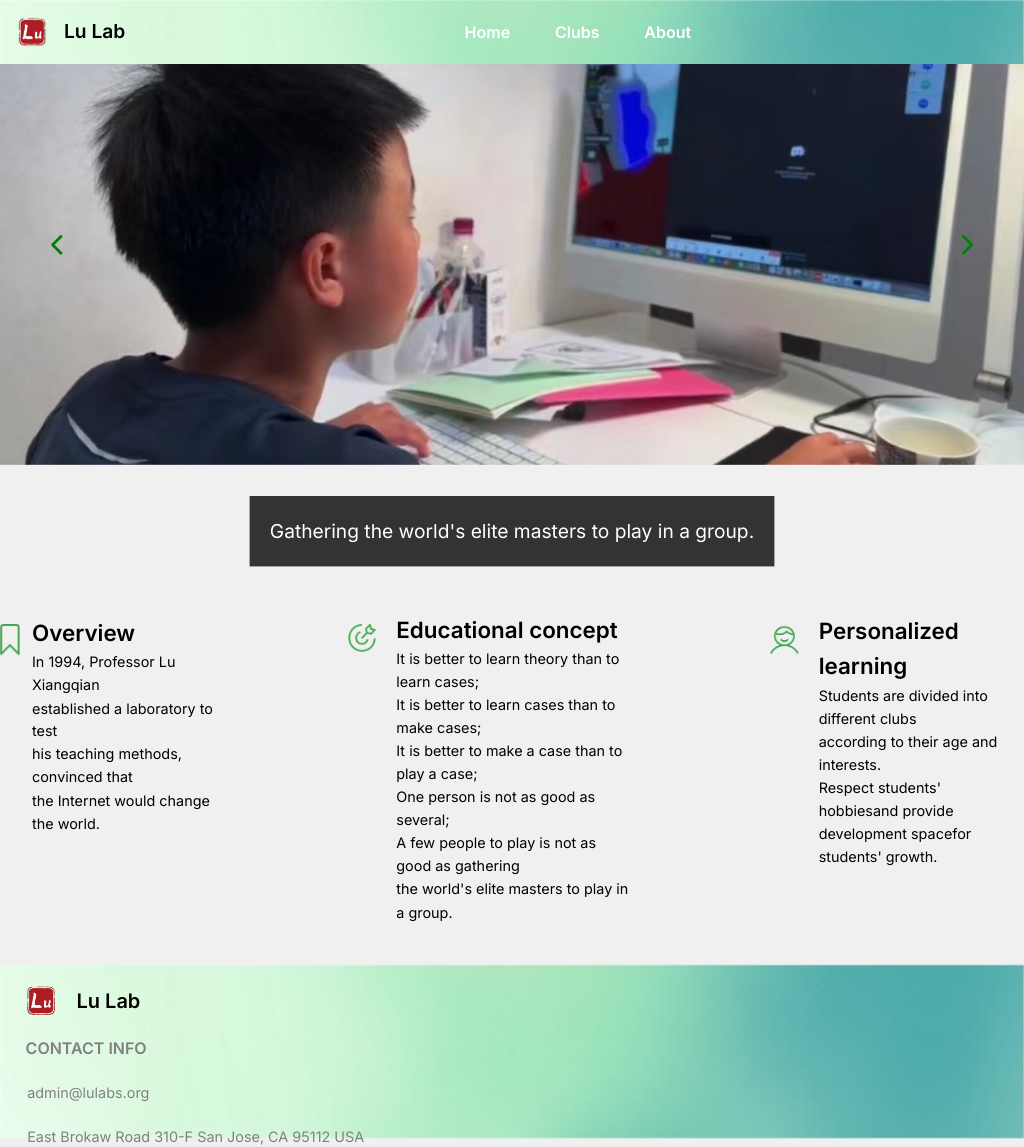
Repository: proflulab/lulab_website_next_js
Page: /
An editor plug-in stored every save of this project. The page is shown before and after the next save, followed by the edit.
The browser window is 1280 px wide. The pictures show the whole page, at 80% of full size.
The project was rebuilt for these pictures with package versions that can differ from the ones it lists, and the page was loaded fresh each time. The framework's server and built-in components were replaced by stand-ins that run in the browser. Also part of the build but not shown: next.config.js, next.config.mjs.

Above is the page before, as saved 2023-12-27 21:26:03.

### app/layout.tsx
import type { Metadata } from "next";
import { Inter } from "next/font/google";
import "./globals.css";

const inter = Inter({ subsets: ["latin"] });

export const metadata: Metadata = {
  title: "Lu Lab",
  description: "Lu Lab",
};

export default function RootLayout({
  children,
}: {
  children: React.ReactNode;
}) {
  return (
    <html lang="en">
      <body className={inter.className}>{children}</body>
    </html>
  );
}

### app/page.tsx
"use client";
import "./globals.css"; // 引入全局 CSS 文件

import React, { useState, useEffect, useRef } from "react";
import { FontAwesomeIcon } from "@fortawesome/react-fontawesome";
import {
  faChevronLeft,
  faChevronRight,
} from "@fortawesome/free-solid-svg-icons";
import Image from "next/image";

import Navbar from "./title/page";
import End from "./title/end";

// export default Navbar;

const Home: React.FC = () => {
  const [images, setImages] = useState<string[]>([]);
  const [currentImageIndex, setCurrentImageIndex] = useState<number>(0);

  useEffect(() => {
    const imageUrls = ["image3.jpg", "xueyuan.jpg", "image1.jpg"];
    setImages(imageUrls);
  }, []);

  useEffect(() => {
    const interval = setInterval(() => {
      setCurrentImageIndex((prevIndex) =>
        prevIndex === images.length - 1 ? 0 : prevIndex + 1
      );
    }, 5000);

    return () => clearInterval(interval);
  }, [images]);

  const showNextImage = () => {
    setCurrentImageIndex((prevIndex) =>
      prevIndex === images.length - 1 ? 0 : prevIndex + 1
    );
  };

  const showPreviousImage = () => {
    setCurrentImageIndex((prevIndex) =>
      prevIndex === 0 ? images.length - 1 : prevIndex - 1
    );
  };
  const [windowWidth, setWindowWidth] = useState<number>(0);

  const [isMobile, setIsMobile] = useState<boolean>(false);

  useEffect(() => {
    const handleResize = () => {
      const width = window.innerWidth;
      setIsMobile(width <= 768);
    };

    handleResize(); // 初始化时调用一次，设置初始的 isMobile 值

    window.addEventListener("resize", handleResize);

    return () => {
      window.removeEventListener("resize", handleResize);
    };
  }, []); // 空数组作为依赖，确保只在组件挂载时执行一次

  return (
    <>
      <Navbar />
      <div
        style={{
          display: "flex",
          flexDirection: "column",
          alignItems: "center",
        }}
      >
        <div
          style={{
            position: "relative",
            width: "100%",
            height: "85vh",
            maxWidth: "100%",
            maxHeight: "85vh",
          }}
        >
          {images.length > 0 && (
            // eslint-disable-next-line @next/next/no-img-element
            <img
              src={images[currentImageIndex]}
              alt={`Image ${currentImageIndex + 1}`}
              style={{
                width: "100%",
                height: "95%",
                objectFit: "cover",
                ...(isMobile
                  ? {
                      height: "75vh",
                      width: "100%",
                      objectFit: "cover",
                    }
                  : {}),
              }}
            />
          )}
          <div
            style={{
              position: "absolute",
              top: "50%",
              transform: "translateY(-50%)",
              left: "5%",
              right: "5%",
              display: "flex",
              justifyContent: "space-between",
            }}
          >
            <button
              onClick={showPreviousImage}
              style={{ color: "green", fontWeight: "bold", fontSize: "28px" }}
            >
              <FontAwesomeIcon icon={faChevronLeft} />
            </button>
            <button
              onClick={showNextImage}
              style={{ color: "green", fontWeight: "bold", fontSize: "28px" }}
            >
              <FontAwesomeIcon icon={faChevronRight} />
            </button>
          </div>
        </div>

        <div
          style={{
            position: "absolute",
            top: isMobile ? "400px" : "620px",
            justifyContent: "space-between",

            backgroundColor: "#333333",
            color: "#fff",
            padding: "25px",
            zIndex: 1,
            width: isMobile ? "80%" : "auto", // 根据屏幕大小更新宽度
          }}
        >
          <p style={{ fontSize: isMobile ? "20px" : "24px" }}>
            Gathering the world&apos;s elite masters to play in a group.
          </p>
        </div>

        <div
          style={{
            fontWeight: "bold",
            fontSize: "45px",
            color: "#000000",
            textAlign: "center",
            marginTop: "40px",
            marginBottom: "40px",
          }}
        >
          Welcome to Lu Lab
        </div>
        {isMobile && (
          <>
            <div
              style={{
                marginBottom: "20px",
                display: "flex",
                alignItems: "flex-start",
              }}
            >
              <Image
                src="/Overview.png"
                alt=""
                width={25}
                height={35}
                style={{ marginLeft: "-30px" }}
              />
              <div style={{ marginLeft: "15px" }}>
                <p
                  style={{
                    fontSize: "28px",
                    fontWeight: "600",
                    marginBottom: "5px",
                    marginTop: "-5px",
                  }}
                >
                  Overview
                </p>
                <p
                  style={{
                    fontSize: "18px",
                    fontWeight: "400",
                    lineHeight: "1.5",
                  }}
                >
                  In 1994, Professor Lu Xiangqian
                  <br /> established a laboratory to test
                  <br />
                  his teaching methods, convinced that
                  <br /> the Internet would change the world. <br />
                </p>
              </div>
            </div>

            <div
              style={{
                marginBottom: "20px",
                display: "flex",
                alignItems: "flex-start",
              }}
            >
              <Image
                src="/Edu.png"
                alt=""
                width={35}
                height={35}
                style={{ marginLeft: "35px" }}
              />
              <div style={{ marginLeft: "15px" }}>
                <p
                  style={{
                    fontSize: "28px",
                    fontWeight: "600",
                    marginBottom: "5px",
                    marginTop: "-5px",
                  }}
                >
                  Educational concept
                </p>
                <p
                  style={{
                    fontSize: "18px",
                    fontWeight: "400",
                    lineHeight: "1.5",
                  }}
                >
                  It is better to learn theory than to learn cases;
                  <br />
                  It is better to learn cases than to make cases;
                  <br />
                  It is better to make a case than to play a case;
                  <br />
                  One person is not as good as several;
                  <br />
                  A few people to play is not as good as gathering
                  <br />
                  the world&apos;s elite masters to play in a group.
                </p>
              </div>
            </div>

            <div
              style={{
                marginBottom: "20px",
                display: "flex",
                alignItems: "flex-start",
              }}
            >
              <Image
                src="/Person.png"
                alt=""
                width={35}
                height={35}
                style={{ marginLeft: "-15px" }}
              />
              <div style={{ marginLeft: "15px" }}>
                <p
                  style={{
                    fontSize: "28px",
                    fontWeight: "600",
                    marginBottom: "5px",
                    marginTop: "-5px",
                  }}
                >
                  Personalized learning
                </p>
                <p
                  style={{
                    fontSize: "18px",
                    fontWeight: "400",
                    lineHeight: "1.5",
                  }}
                >
                  Students are divided into different clubs
                  <br />
                  according to their age and interests.
                  <br />
                  Respect students&apos; hobbies and provide
                  <br />
                  development space for students&apos; growth.
                </p>
              </div>
            </div>
          </>
        )}

        {!isMobile && (
          <div
            style={{
              display: "flex",
              justifyContent: "left",
              marginTop: "20px",
            }}
          >
            <div style={{ flex: "1", marginRight: "160px" }}>
              <Image src="/Overview.png" alt="" width={25} height={35} />
              <div style={{ marginLeft: "40px" }}>
                <p
                  style={{
                    color: "black",
                    fontSize: "28px",
                    fontWeight: "600",
                    marginTop: "-50px",
                    textAlign: "left",
                  }}
                >
                  Overview
                </p>
                <p
                  style={{
                    color: "black",
                    fontSize: "18px",
                    fontWeight: "400",
                    textAlign: "left",
                  }}
                >
                  In 1994, Professor Lu Xiangqian
                  <br /> established a laboratory to test
                  <br />
                  his teaching methods, convinced that
                  <br /> the Internet would change the world. <br />
                </p>
              </div>
            </div>
            <div style={{ flex: "1.3", marginRight: "170px" }}>
              {" "}
              <Image src="/Edu.png" alt="" width={35} height={35} />
              <div style={{ marginLeft: "60px" }}>
                <p
                  style={{
                    color: "black",
                    fontSize: "28px",
                    fontWeight: "600",
                    marginTop: "-50px",
                    textAlign: "left",
                  }}
                >
                  Educational concept
                </p>
                <p
                  style={{
                    color: "black",
                    fontSize: "18px",
                    fontWeight: "400",
                    textAlign: "left",
                  }}
                >
                  It is better to learn theory than to learn cases;
                  <br /> It is better to learn cases than to make cases;
                  <br /> It is better to make a case than to play a case;
                  <br /> One person is not as good as several;
                  <br /> A few people to play is not as good as gathering
                  <br /> the world&apos;s elite masters to play in a group.
                </p>
              </div>
            </div>
            <div style={{ flex: "1.15" }}>
              <Image src="/Person.png" alt="" width={35} height={35} />
              <div style={{ marginLeft: "60px" }}>
                <p
                  style={{
                    color: "black",
                    fontSize: "28px",
                    fontWeight: "600",
                    marginTop: "-50px",
                    textAlign: "left",
                  }}
                >
                  Personalized learning
                </p>
                <p
                  style={{
                    color: "black",
                    fontSize: "18px",
                    fontWeight: "400",
                    textAlign: "left",
                  }}
                >
                  Students are divided into different clubs
                  <br /> according to their age and interests.
                  <br /> Respect students&apos; hobbiesand provide
                  <br /> development spacefor students&apos; growth.
                </p>
              </div>
            </div>
          </div>
        )}

        <hr
          style={{
            marginBottom: "50px",
          }}
        />
        <End />
      </div>
    </>
  );
};

export default Home;

### app/globals.css
@tailwind base;
@tailwind components;
@tailwind utilities;
/* 全局样式 */
body {
  font-family: Arial, sans-serif;
  margin: 0;
  padding: 0;
  background-color: #f0f0f0;
  color: #333;
}

h1 {
  font-size: 2em;
  margin-bottom: 20px;
}

p {
  font-size: 16px;
  line-height: 1.5;
}

/* 媒体查询 */
/* 在小屏幕上应用的样式 */
/* globals.css 或者其他全局CSS文件 */
/* 在文件中添加媒体查询样式 */

/* 较小屏幕尺寸下调整内容位置 */
@media (max-width: 768px) {
  .additional-content {
    top: 550px; /* 调整顶部位置 */
    padding: 15px; /* 调整内边距 */
  }
}

/* 更小屏幕尺寸下调整内容位置 */
@media (max-width: 480px) {
  .additional-content {
    top: 500px; /* 更进一步调整顶部位置 */
    padding: 10px; /* 更进一步调整内边距 */
  }
}

/* 更多媒体查询和样式 */

@media (max-width: 768px) {
  body {
    font-size: 14px;
  }

  h1 {
    font-size: 1.5em;
    margin-bottom: 15px;
  }

  p {
    font-size: 14px;
    line-height: 1.4;
  }
}

/* 在更小的屏幕上应用的样式 */
@media (max-width: 480px) {
  body {
    font-size: 12px;
  }

  h1 {
    font-size: 1.2em;
    margin-bottom: 10px;
  }

  p {
    font-size: 12px;
    line-height: 1.3;
  }
}

/* 在大屏幕上应用的样式 */
@media (min-width: 1200px) {
  body {
    font-size: 18px;
  }

  h1 {
    font-size: 2.5em;
    margin-bottom: 25px;
  }

  p {
    font-size: 18px;
    line-height: 1.6;
  }
}

/* 更多自定义样式和媒体查询可以按需添加 */

### app/title/end.tsx
"use client";
import Link from "next/link";
import { useState, useEffect, useRef } from "react";
import Image from "next/image";
const End: React.FC = () => {
  return (
    <div style={{ position: "relative" }}>
      <Image src="/title.jpg" alt="" height="230" width="1700" />
      <div
        style={{
          position: "absolute",
          top: "20px",
          left: "2%",
          display: "flex",
          alignItems: "center",
        }}
      >
        <Image src="/logo.png" alt="" height="50" width="50" />
        <p
          style={{
            color: "black",
            fontSize: "25px",
            fontWeight: "600",
            marginLeft: "20px",
          }}
        >
          Lu Lab
        </p>
      </div>
      <div
        style={{
          position: "absolute",
          top: "90px",
          left: "2.5%",
          textAlign: "left",
        }}
      >
        <div
          style={{
            color: "grey",
            fontSize: "20px",
            fontWeight: "600",
          }}
        >
          CONTACT INFO
        </div>
        <div
          style={{
            color: "grey",
            fontSize: "18px",
            fontWeight: "400",
            marginLeft: "2px",
            textAlign: "left",
          }}
        >
          <br />
          admin@lulabs.org
          <br />
          <br />
          East Brokaw Road 310-F San Jose, CA 95112 USA <br />
        </div>
      </div>
    </div>
  );
};
export default End;

Loaded but not shown: tailwind.config.ts (common file); app/title/page.tsx (272 lines, source omitted)

After the next save:
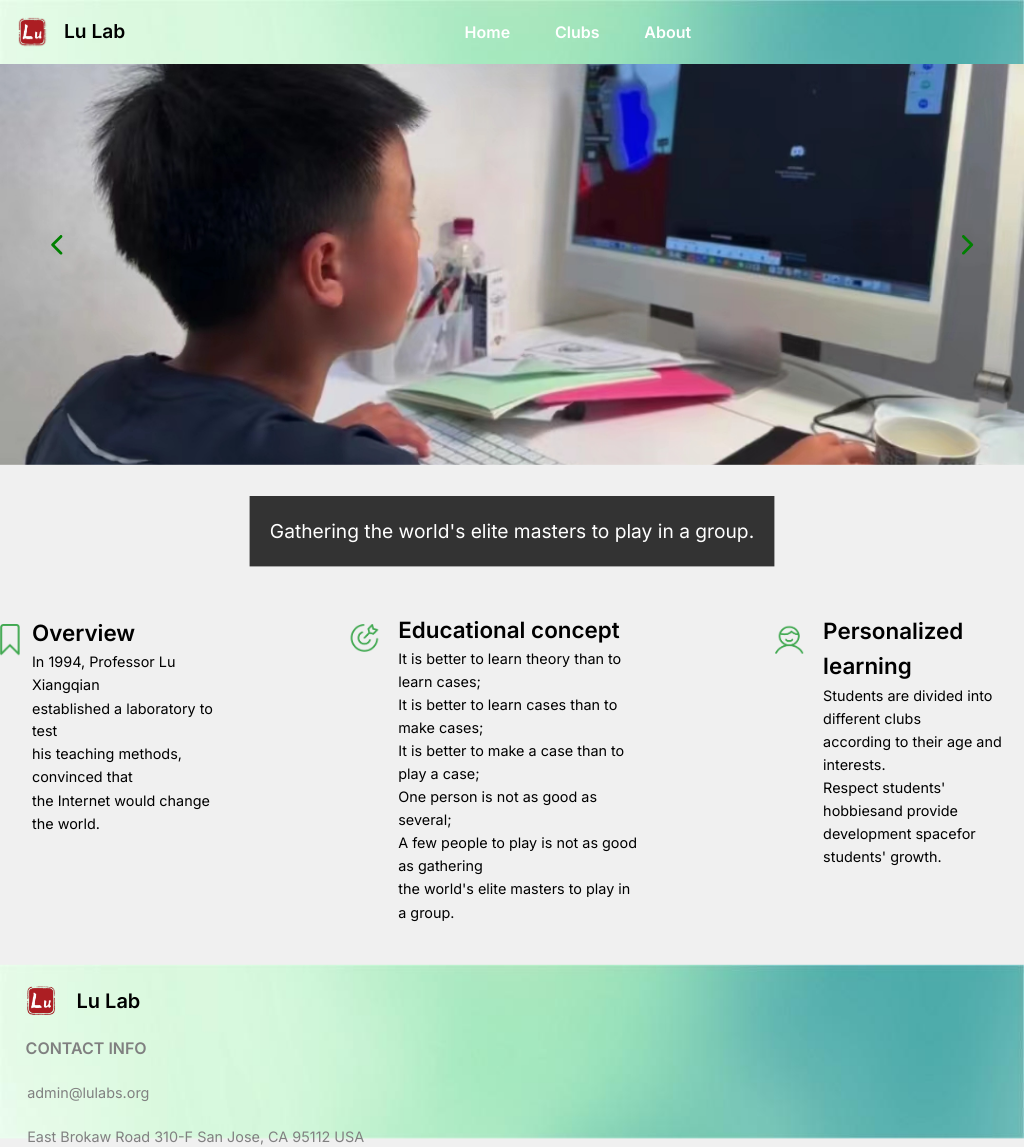
Saved 4 s later.
--- a/app/page.tsx
+++ b/app/page.tsx
@@ -362,7 +362,7 @@ const Home: React.FC = () => {
                 </p>
               </div>
             </div>
-            <div style={{ flex: "1.15" }}>
+            <div style={{ flex: "1.12" }}>
               <Image src="/Person.png" alt="" width={35} height={35} />
               <div style={{ marginLeft: "60px" }}>
                 <p
